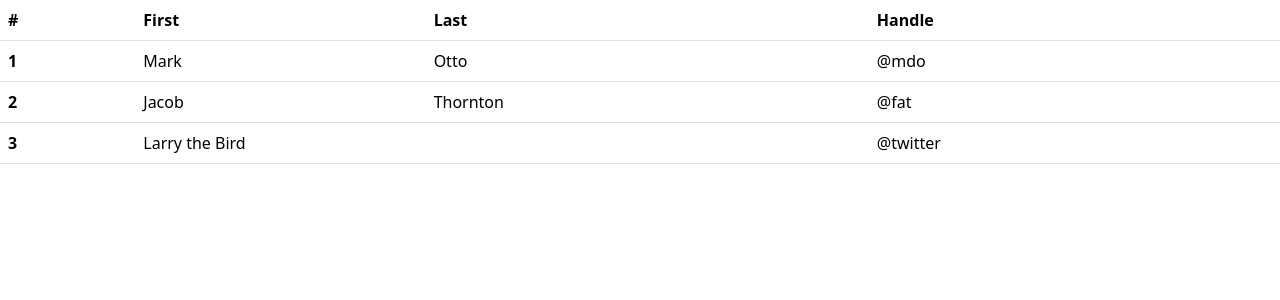
Repository: manit4/cris_batch2
Page: http://localhost/jsp_security/views/welcome.jsp
These files come from the project's save history. The page is drawn as it stood at one moment and after the next save; the edit follows.
The browser window is 1280 px wide. The pictures show the whole page.
The page is served by Tomcat 9.

Above is the page before, as saved 2024-03-01 05:54:48.

After the next save:
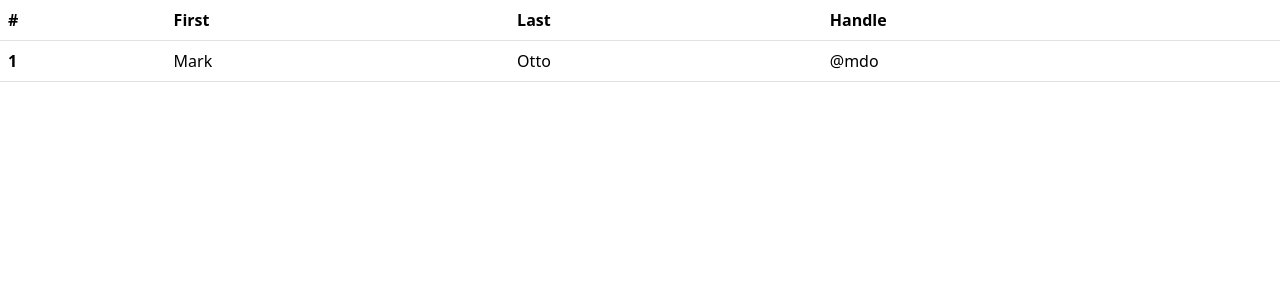
Saved 17 s later.
--- a/jsp_security/src/main/webapp/views/welcome.jsp
+++ b/jsp_security/src/main/webapp/views/welcome.jsp
@@ -32,17 +32,7 @@ ${userData}
       <td>Otto</td>
       <td>@mdo</td>
     </tr>
-    <tr>
-      <th scope="row">2</th>
-      <td>Jacob</td>
-      <td>Thornton</td>
-      <td>@fat</td>
-    </tr>
-    <tr>
-      <th scope="row">3</th>
-      <td colspan="2">Larry the Bird</td>
-      <td>@twitter</td>
-    </tr>
+
   </tbody>
 </table>
 </body>
